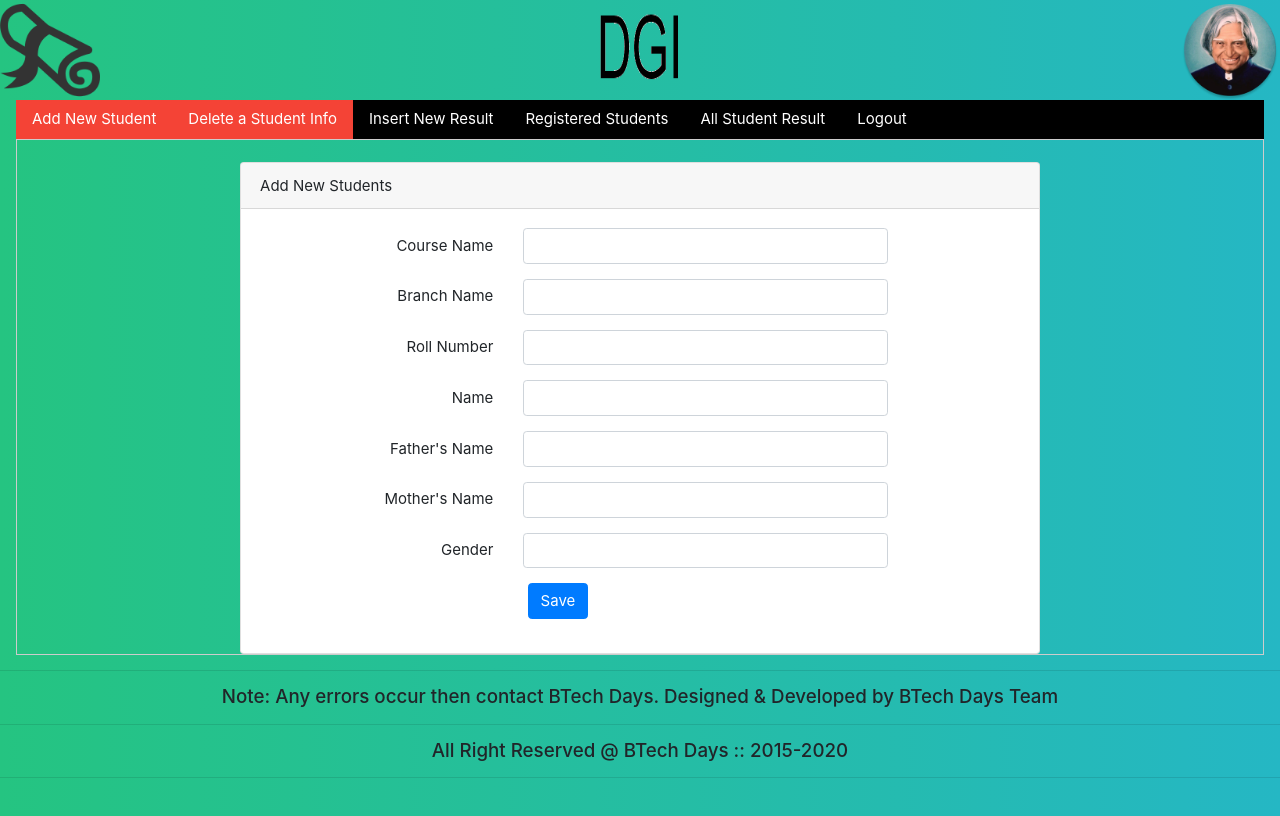
Repository: AlkaDas991/Dbms
Page: http://localhost/Student_Record_Management/adminHome.jsp
These files come from the project's save history. The page is drawn as it stood at one moment and after the next save; the edit follows.
The browser window is 1280 px wide. The pictures show the whole page.
Some web fonts or font styles are not loaded; a fallback is used. Some web libraries are served in a nearby version. The page is served by Tomcat 9. Queries for data that is not in the repository find no rows.

Above is the page before, as saved 2021-03-10 01:37:27.
Console error: TypeError: Cannot read properties of undefined (reading 'fn')

After the next save:
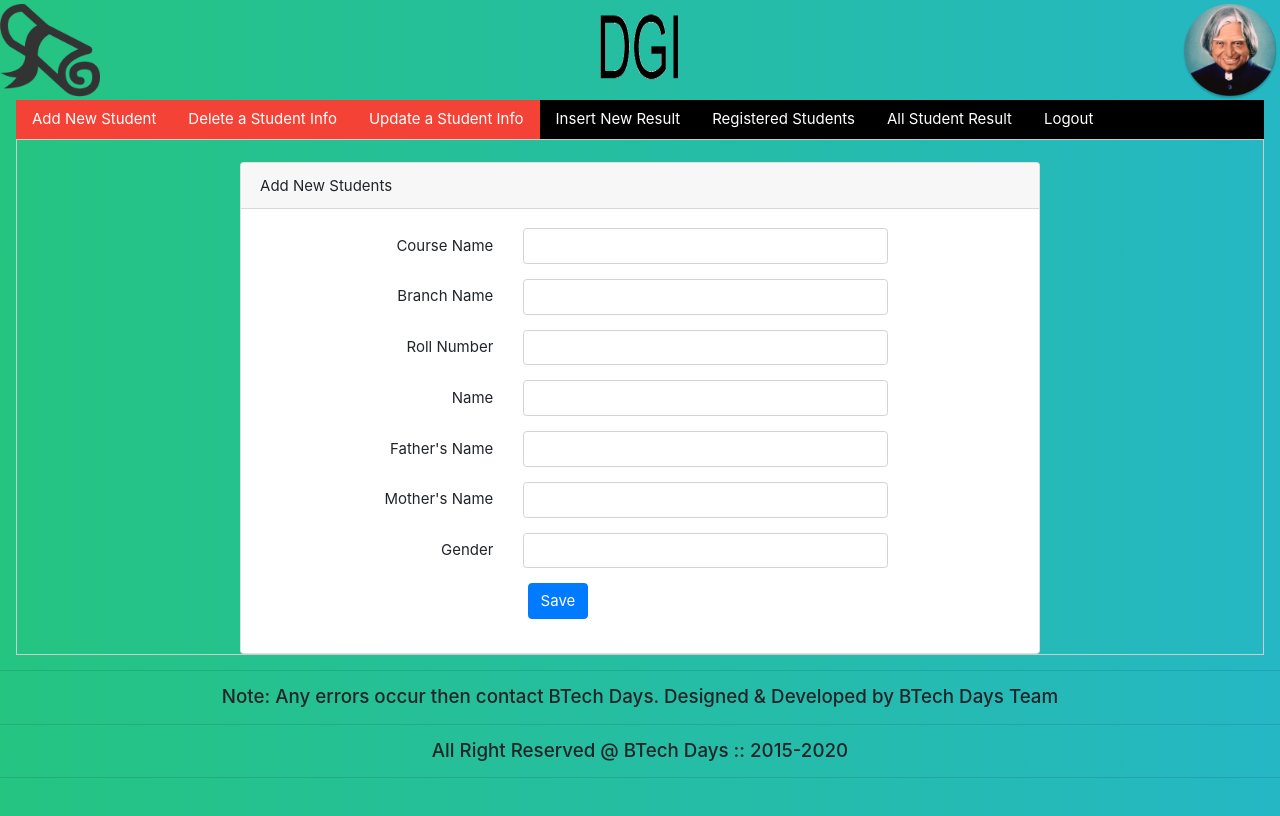
Saved 17 s later.
--- a/Student Record Management/WebContent/adminHome.jsp
+++ b/Student Record Management/WebContent/adminHome.jsp
@@ -10,6 +10,7 @@
   <div class="w3-bar w3-black">
     <button class="w3-bar-item w3-button tablink w3-red" onclick="openCity(event,'London')">Add New Student</button>
     <button class="w3-bar-item w3-button tablink w3-red" onclick="openCity(event,'London')">Delete a Student Info</button>
+    <button class="w3-bar-item w3-button tablink w3-red" onclick="openCity(event,'London')">Update a Student Info</button>
     <button class="w3-bar-item w3-button tablink" onclick="openCity(event,'Paris')">Insert New Result</button>
     <button class="w3-bar-item w3-button tablink" onclick="openCity(event,'Tokyo')">Registered Students</button>
      <button class="w3-bar-item w3-button tablink" onclick="openCity(event,'Tokyo1')">All Student Result</button>
